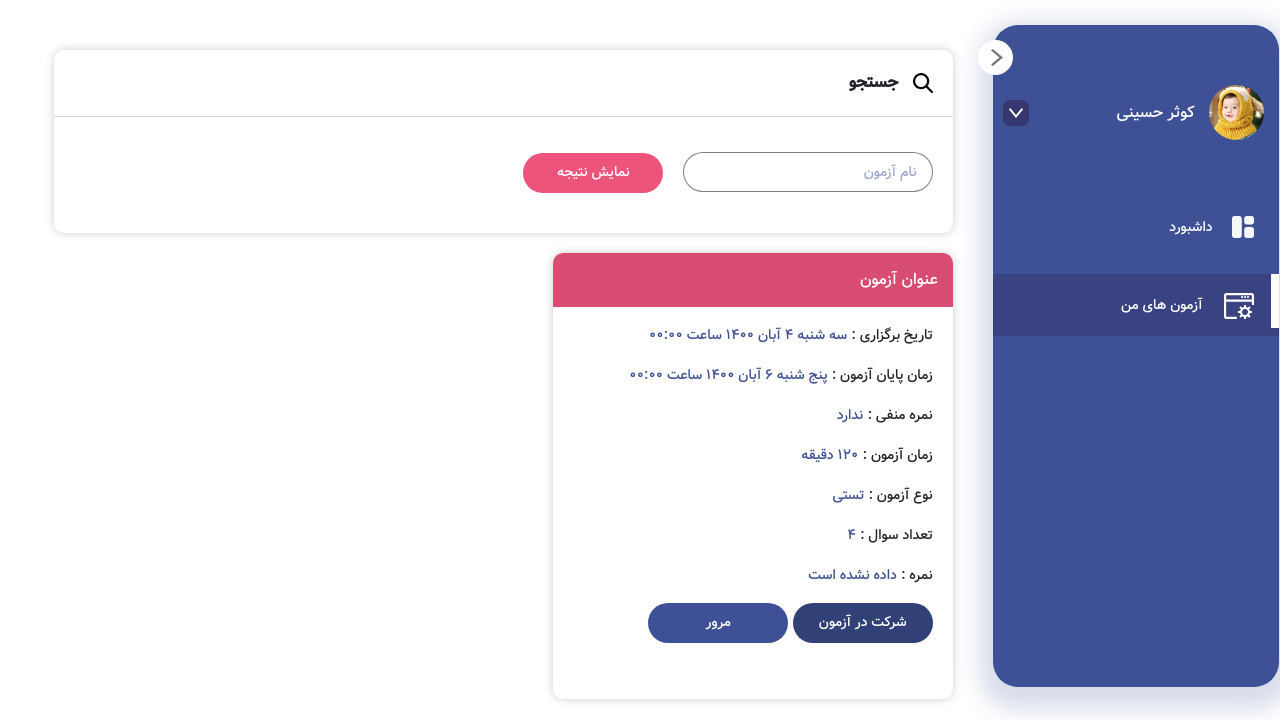
Repository: kosar78/quiz-online
Page: student-panel-myquiz.html
These files come from the project's save history. The page is drawn as it stood at one moment and after the next save; the edit follows.
The browser window is 1280 px wide. The pictures show the whole page.
The pointer rests on the first visible `.quiz-box ul li input`.
The page's requests for data from a server got no answer.

Above is the page before, as saved 2022-01-09 15:07:07.

After the next save:
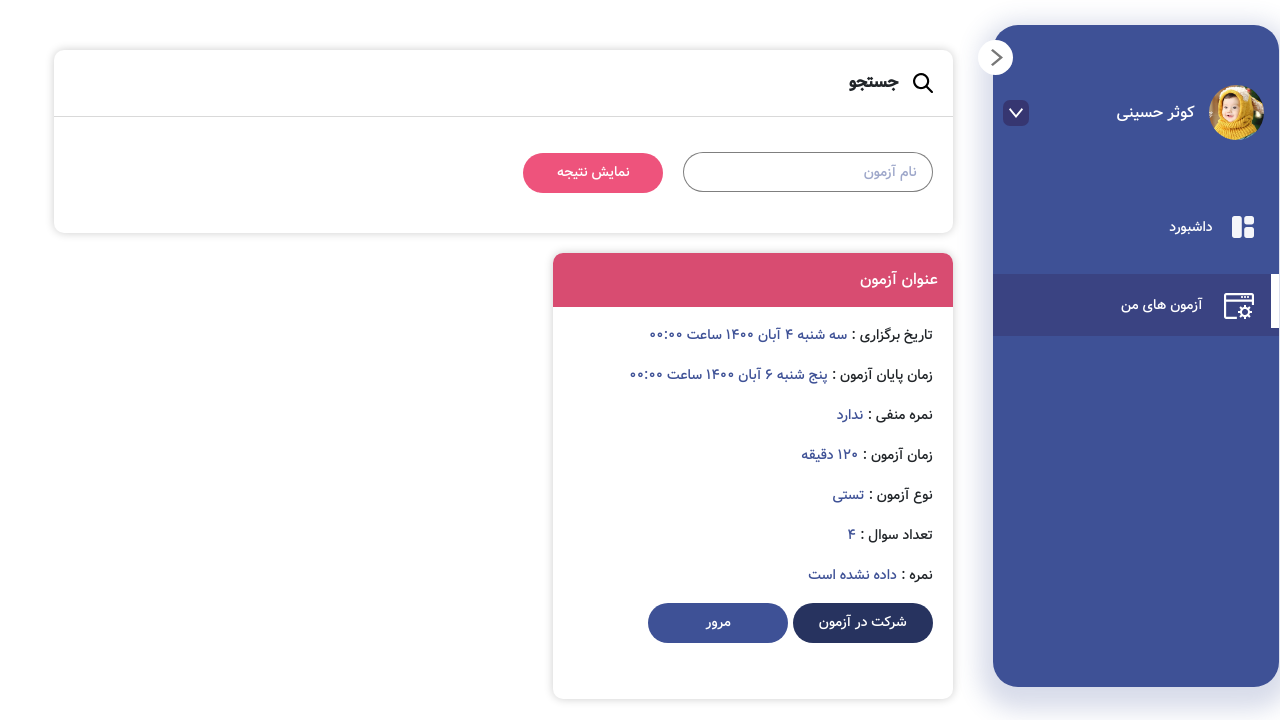
Saved 18 s later.
--- a/css/studnet-panel-myquiz.css
+++ b/css/studnet-panel-myquiz.css
@@ -123,5 +123,5 @@
     font-size: 14px;
 }
 .quiz-box ul li input:hover{
-    background: #314077;
+    background: #27335f;
 }
